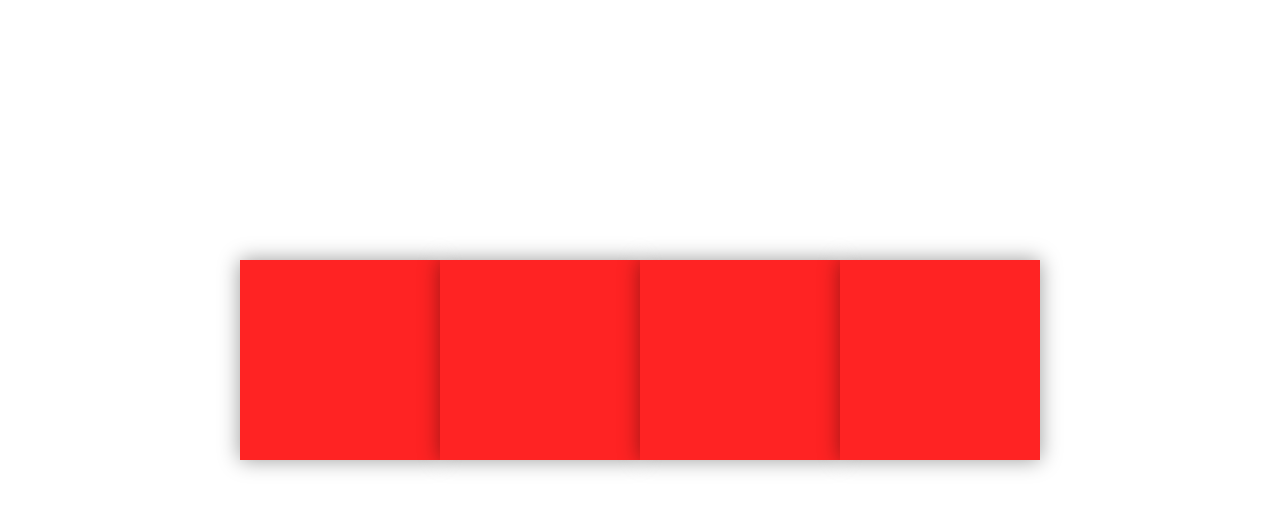
Repository: randgars/game
Page: index.html
The author's editor kept a copy of each file at every save. The page is drawn from the files as they stood at one save, then again after the next save.
The browser window is 1280 px wide. The pictures show the whole page.

Above is the page before, as saved 2017-09-29 10:19:46.

After the next save:
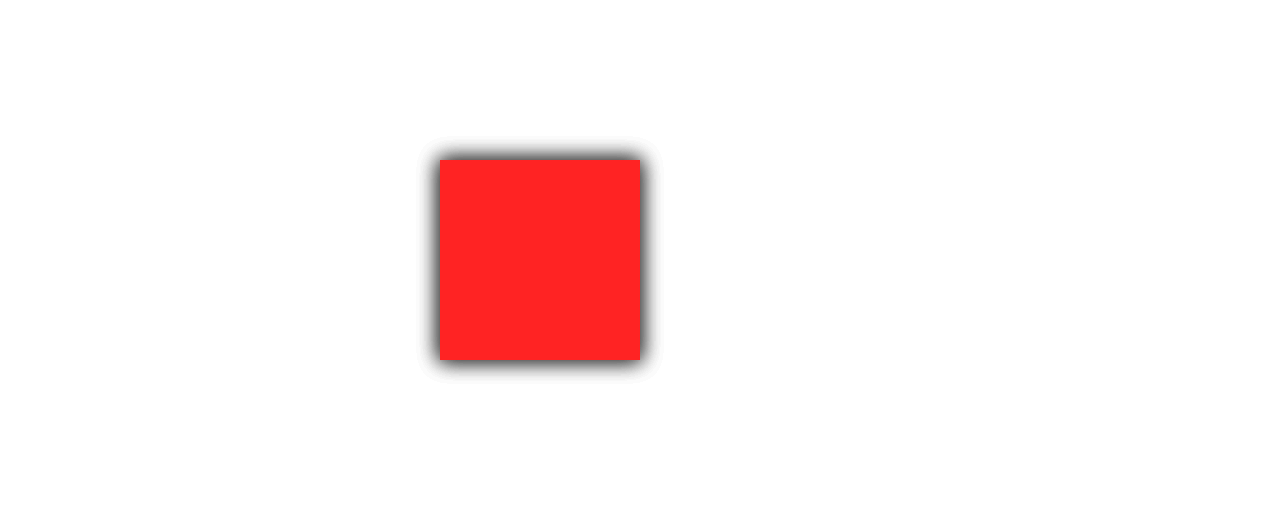
Saved 55 s later.
--- a/style.css
+++ b/style.css
@@ -15,6 +15,9 @@ body {
     animation-duration: 2s;
     animation-iteration-count: infinite;
     animation-timing-function: linear;
+    position: absolute;
+    top: calc(50% - 200px);
+    left: calc(50% - 200px);
 }
 
 @keyframes spin {
